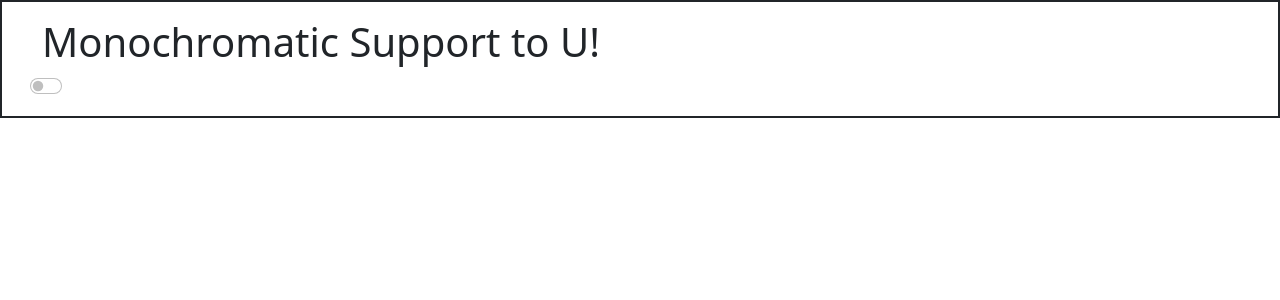
Repository: pedrosiqueira/daltonchrome
Page: popup.html
An editor plug-in stored every save of this project. The page is shown before and after the next save, followed by the edit.
The browser window is 1280 px wide. The pictures show the whole page.

Above is the page before, as saved 2022-09-05 09:20:56.

After the next save:
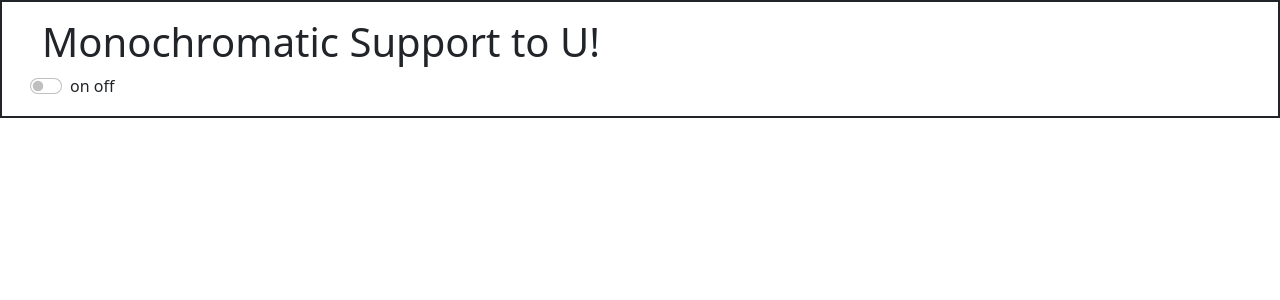
Saved 77 s later.
--- a/popup.html
+++ b/popup.html
@@ -13,8 +13,9 @@
 
         <h1 class="form-title" style="cursor: default;"> Monochromatic Support to U! </h1>
           <div class="form-check form-switch col position-relative align-items-center">
+            <label class="form-check-label" for="flexSwitchCheckChecked" id="MeuSwitch">on</label>
             <input class="form-check-input" type="checkbox" id="flexSwitchCheckChecked">
-            <label class="form-check-label" for="flexSwitchCheckChecked" id="MeuSwitch"></label>
+            <label class="form-check-label" for="flexSwitchCheckChecked" id="MeuSwitch">off</label>
         </div>
     </div>
 
